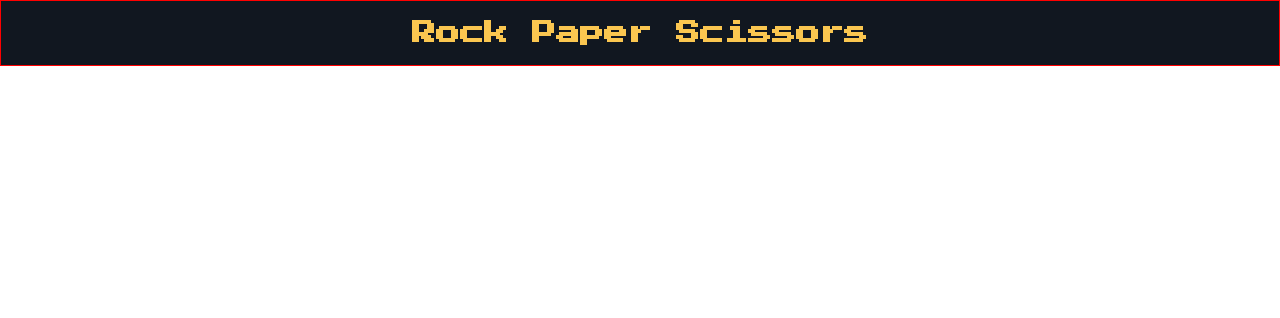
Repository: Aaryan-Poria/Rock-Paper-Scissors
Page: index.html
An editor plug-in stored every save of this project. The page is shown before and after the next save, followed by the edit.
The browser window is 1280 px wide. The pictures show the whole page.

Above is the page before, as saved 2023-08-21 21:29:48.

### index.html
<!DOCTYPE html>
<html lang="en">
  <head>
    <meta charset="UTF-8" />
    <meta name="viewport" content="width=device-width, initial-scale=1.0" />
    <title>Rock Paper Scissors</title>
    <link rel="preconnect" href="https://fonts.googleapis.com" />
    <link rel="preconnect" href="https://fonts.gstatic.com" crossorigin />
    <link
      href="https://fonts.googleapis.com/css2?family=Press+Start+2P&display=swap"
      rel="stylesheet"
    />
    <link rel="stylesheet" href="style.css" />
  </head>

  <body>
    <section class="head">
      <h2>Rock Paper Scissors</h2>
    </section>
    <!-- <section class="main">
      <div class="main-text">
        <h3>Choose your weapon</h3>
        <p>First to 5 points wins the game</p>
      </div>
      <div class="player-text">
        <p class="qmark 1">?</p>
        <p class="score 1">Player: 0</p>
      </div>
      <div class="comp-text">
        <p class="qmark 2">?</p>
        <p class="score 2">Computer: 0</p>
      </div>
    </section> -->
  </body>
</html>

### style.css
body {
  margin: 0;
  padding: 0;
  display: flex;
  flex-direction: column;
}
.head {
  display: flex;
  justify-content: center;
  align-items: center;
  border: 1px solid red;
  color: #fac650;
  background-color: #111720;
  font-family: "Press Start 2P", cursive;
}

After the next save:
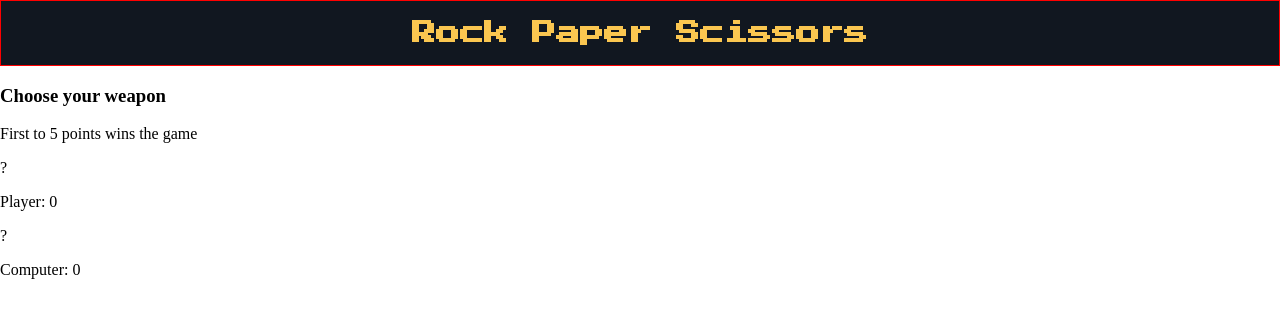
Saved 47 s later.
--- a/index.html
+++ b/index.html
@@ -17,7 +17,7 @@
     <section class="head">
       <h2>Rock Paper Scissors</h2>
     </section>
-    <!-- <section class="main">
+    <section class="main">
       <div class="main-text">
         <h3>Choose your weapon</h3>
         <p>First to 5 points wins the game</p>
@@ -30,6 +30,6 @@
         <p class="qmark 2">?</p>
         <p class="score 2">Computer: 0</p>
       </div>
-    </section> -->
+    </section>
   </body>
 </html>
